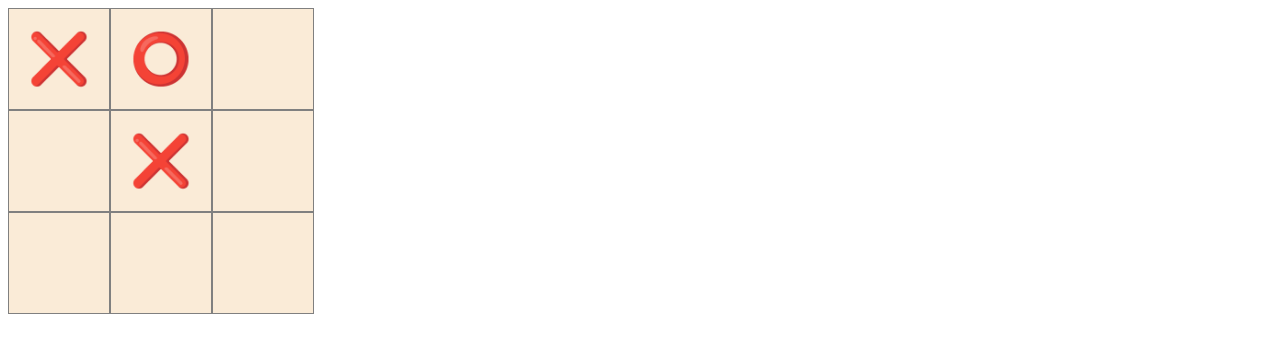
Repository: Wydumn/Frontend-02-Template
Page: week09/TicTacToe.html
The author's editor kept a copy of each file at every save. The page is drawn from the files as they stood at one save, then again after the next save.
The browser window is 1280 px wide. The pictures show the whole page.
After loading, the first visible `div.cell` was clicked once.

Above is the page before, as saved 2020-08-27 22:08:01.

### week09/TicTacToe.html
<!DOCTYPE html>
<html lang="en">
<head>
    <meta charset="UTF-8">
    <title>Document</title>
    <style>
        .cell {
            width: 100px;
            height: 100px;
            background-color: antiquewhite;
            display: inline-block;
            vertical-align: middle;

            line-height: 100px;
            font-size: 50px;
            text-align: center;

            border: 1px solid gray;
        }
    </style>
</head>
<body>
    <div id="board"></div>

    <script>
        // 1. 二维数组表示棋盘
        var pattern = [
            0, 2, 0,
            0, 1, 0,
            0, 0, 0
        ]

        let color = 1;

        function show() {
            let board = document.getElementById("board");
            board.innerHTML = "";
            // 2. 画棋盘
            for (let i = 0; i < 3; i++) {
                for (let j = 0; j < 3; j++) {
                    let cell = document.createElement("div");
                    cell.classList.add("cell");
                    cell.innerText = pattern[i * 3 + j] == 1 ? "❌" :
                        pattern[i * 3 + j] === 2 ? "⭕" : "";
                    // 3. 添加点击事件
                    cell.addEventListener("click", () => move(j, i));
                    board.appendChild(cell);
                }
                board.appendChild(document.createElement("br"));
            }
        }

        // 交替落子
        function move(x, y) {
            pattern[y * 3 + x] = color;
            if (check(pattern, color)) {
                alert(color == 2 ? "⭕ is winner!" : "❌ is winner!");
            }
            color = 3 - color;
            show();
            if (willWin(pattern, color)) {
                alert(color == 2 ? "⭕ will win!" : "❌ will win");
            }
        }

        // 4.
        function check(pattern, color) {
            for (let i = 0; i < 3; i++) {
                let win = true;
                for (let j = 0; j < 3; j++) {
                    if (pattern[i * 3 + j] !== color) {
                        win = false;
                    }
                }
                if (win)
                    return true;
            }
            for (let i = 0; i < 3; i++) {
                let win = true;
                for (let j = 0; j < 3; j++) {
                    if (pattern[j * 3 + i] !== color) {
                        win = false;
                    }
                }
                if (win)
                    return true;
            }
            {
                let win = true;
                for (let j = 0; j < 3; j++) {
                    if (pattern[j * 3 + 2-j] !== color) {
                        win = false;
                    }
                }
                if (win)
                    return true;
            }
            {
                let win = true;
                for (let j = 0; j < 3; j++) {
                    if(pattern[j * 3 + j] !== color) {
                        win = false;
                    }
                }
                if (win)
                    return true;
            }

            return false;
        }

        function clone(pattern) {
            return Object.create(pattern);
        }

        // 5.
        function willWin(pattern, color) {
            for (let i = 0; i < 3; i++) {
                for (let j = 0; j < 3; j++) {
                    if (pattern[i * 3 + j])
                        continue;
                    let tmp = clone(pattern);
                    tmp[i * 3 + j] = color;
                    if (check(tmp, color)) {
                        return [j, i]
                    }
                }
            }

            return null;
        }

        function bestChoice(pattern, color) {
            let p;
            if (p = willWin(pattern, color)) {
                return {
                    point: p,
                    result: 1
                }
            }

            let result = -2;
            let point = null;
            outer: for (let i = 0; i < 3; i++) {
                for (let j = 0; j < 3; j++) {
                    if (pattern[i * 3 + j])
                        continue;
                    let tmp = clone(pattern);
                    tmp[i * 3 + j] = color;
                    let r = bestChoice(tmp, 3 - color).result;

                    if (-r > result) {
                        // r为-1时，-r为1，1 > -2, result为1；  对方为-1，最糟时，为我方最好选择
                        // r为0时， -r为0，0 < 1，result为1
                        // r为1时，-r为-1, -1 < 1, result为1
                        result = -r;
                        point = [j, i];
                    }
                    if (result == 1)
                        break outer;
                }
            }

            return {
                point: point,
                result: point ? result : 0
            }
        }

        show(pattern);
        console.log(bestChoice(pattern, color));
    </script>
</body>
</html>

After the next save:
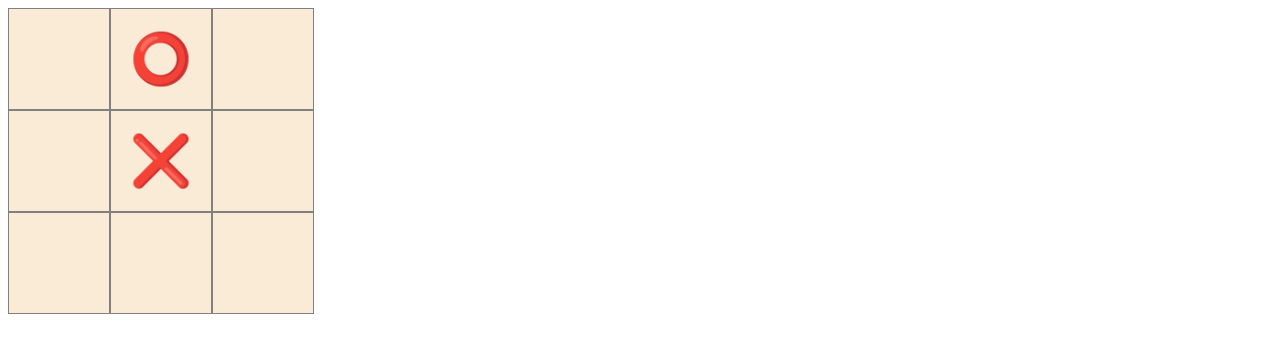
Console error: ReferenceError: move is not defined
Saved 8 min 36 s later.
--- a/week09/TicTacToe.html
+++ b/week09/TicTacToe.html
@@ -51,15 +51,22 @@
         }
 
         // 交替落子
-        function move(x, y) {
+        function userMove(x, y) {
             pattern[y * 3 + x] = color;
             if (check(pattern, color)) {
                 alert(color == 2 ? "⭕ is winner!" : "❌ is winner!");
             }
             color = 3 - color;
             show();
-            if (willWin(pattern, color)) {
-                alert(color == 2 ? "⭕ will win!" : "❌ will win");
+            computerMove();
+        }
+
+        function computerMove() {
+            let choice = bestChoice(pattern, color);
+            if (choice.point)
+                pattern[choice.point[1] * 3 + choice.point[0]] = color;
+            if (check(pattern, color)) {
+                alert(color == 2 ? "⭕ is winner!" : "❌ is winner!");
             }
         }
 
